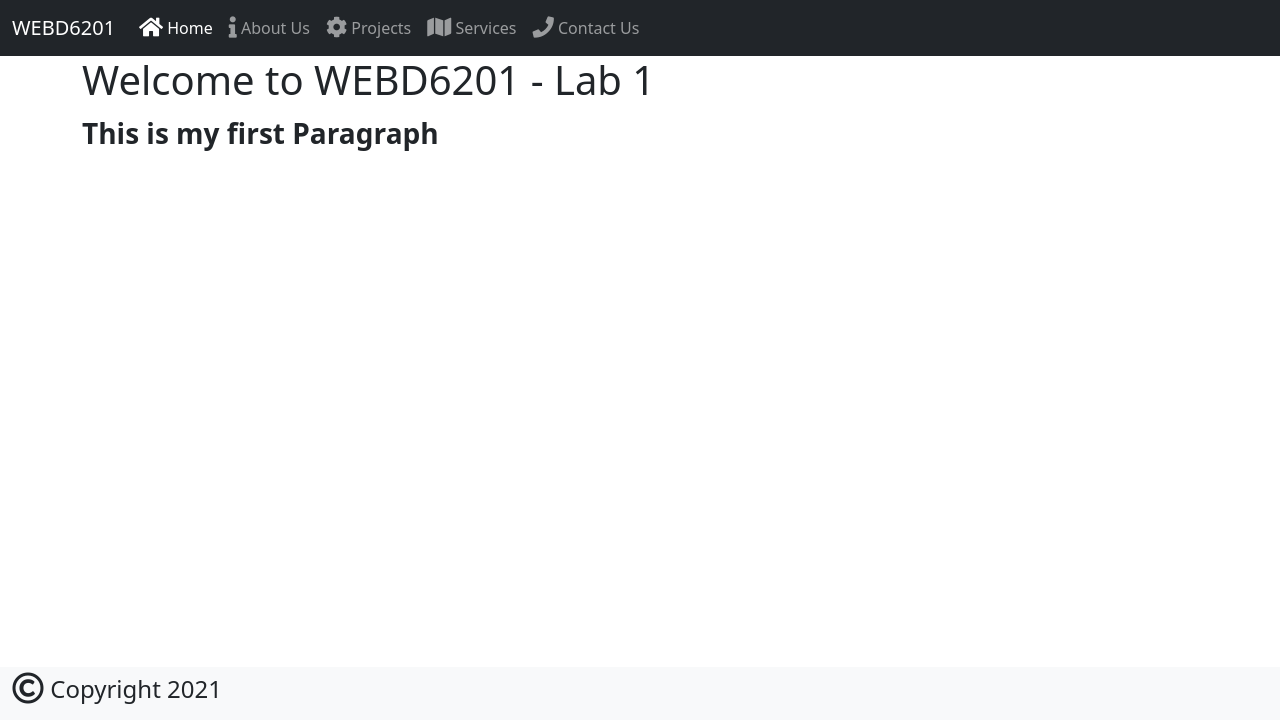
Repository: ErikHayward/WEBD6201-W2021-ICE1b
Page: projects.html
The author's editor kept a copy of each file at every save. The page is drawn from the files as they stood at one save, then again after a run of saves.
The browser window is 1280 px wide. The pictures show the whole page.

Above is the page before, as saved 2021-01-22 20:28:19.

### projects.html
<!DOCTYPE html>
<html lang="en">
<head>
    <meta charset="UTF-8">
    <meta name="viewport" content="width=device-width, initial-scale=1.0">
    <title>Home</title>
    <!-- CSS Section -->
    <link rel="stylesheet" href="./node_modules/bootstrap/dist/css/bootstrap.min.css">
    <link rel="stylesheet" href="./node_modules/@fortawesome/fontawesome-free/css/all.min.css">
    <link rel="stylesheet" href="./Content/app.css">
</head>
<body>
    <!-- Main Header -->
    <header>
        <!-- Main Nav -->
        <nav class="navbar navbar-expand-lg navbar-dark bg-dark">
            <div class="container-fluid">
              <a class="navbar-brand" href="index.html">WEBD6201</a>
              <button class="navbar-toggler" type="button" data-bs-toggle="collapse" data-bs-target="#navbarSupportedContent" aria-controls="navbarSupportedContent" aria-expanded="false" aria-label="Toggle navigation">
                <span class="navbar-toggler-icon"></span>
              </button>
              <div class="collapse navbar-collapse" id="navbarSupportedContent">
                <ul class="navbar-nav me-auto mb-2 mb-lg-0">

                  <li class="nav-item">
                    <a class="nav-link active" aria-current="page" href="index.html"><i class="fas fa-home fa-lg"></i> Home</a>
                  </li>

                  <li class="nav-item">
                    <a class="nav-link" aria-current="page" href="about.html"><i class="fas fa-info fa-lg"></i> About Us</a>
                  </li>

                  <li class="nav-item">
                    <a class="nav-link" aria-current="page" href="projects.html"><i class="fas fa-cog fa-lg"></i> Projects</a>
                  </li>

                  <li class="nav-item">
                    <a class="nav-link" aria-current="page" href="services.html"><i class="fas fa-map fa-lg"></i> Services</a>
                  </li>

                  <li class="nav-item">
                    <a class="nav-link" aria-current="page" href="contact.html"><i class="fas fa-phone fa-lg"></i> Contact Us</a>
                  </li>

                </ul>
              </div>
            </div>
          </nav>
    </header>

    <!-- Main Content -->
    <main class="container">
        <h1>Welcome to WEBD 6201</h1>
        <p id="paragraphOne"></p>
    </main>

    <!-- Main Footer -->
    <footer>
        <nav class="navbar fixed-bottom navbar-light bg-light">
            <div class="container-fluid">
              <h4><i class="far fa-copyright fa-lg"></i> Copyright 2021</h4>
            </div>
          </nav>
    </footer>

    <!-- Script Section -->
    <script src="./node_modules/jquery/dist/jquery.min.js"></script>
    <script src="./node_modules/bootstrap/dist/js/bootstrap.bundle.min.js"></script>
    <script src="./Scripts/app.js"></script>
</body>
</html>

### Content/app.css
/* Custom CSS goes here */

### Scripts/app.js
/* Custom Java Script goes here */

// IIFE - Immediately Invoked Function Expression
// AKA - Anonymous Self-Executing Function
// Closure - limits scope leak

"use strict";

(function(){

    function Start(){
        console.log("App Started...");

        let paragraphOneText = "This is a simple site to demonstrate DOM Manipulation for ICE 1";

        let paragraphOneElement = document.getElementById("paragraphOne");

        paragraphOneElement.textContent = paragraphOneText;
        paragraphOneElement.className = "fs-5";

        // Step 1. document.createElement
        let newParagraph = document.createElement("p");
        // Step 2. configure the element
        newParagraph.setAttribute("id", "paragraphTwo");
        newParagraph.textContent = "...And this is paragraph two";
        // Step 3. select the parent element
        let mainContent = document.getElementsByTagName("main")[0];
        // Step 4. Add / Insert element
        mainContent.appendChild(newParagraph);

        newParagraph.className = "fs-6";

        // another way of injecting content
        let paragraphDiv = document.createElement('div');
        let paragraphThree =`<p id="paragraphThree" class="fs-7 fw-bold">And this is the Third Paragraph</p>`
        paragraphDiv.innerHTML = paragraphThree;

        // insertions

        // example of inserting before a node
        // newParagraph.before(paragraphDiv);

        // example of inserting after a node
        newParagraph.after(paragraphDiv);

        // deletions

        // example of removing a single element
        // paragraphOneElement.remove();

        // example of removeChild
        mainContent.removeChild(paragraphOneElement);

        // update / modification
        // mainContent.firstElementChild.textContent = "Welcome Home!";

        mainContent.innerHTML =
        `<h1 id="firstHeading">Welcome to WEBD6201 - Lab 1</h1>
         <p id="paragraphOne" class="fs-3 fw-bold">This is my first Paragraph</p>
        `;

    }

    window.addEventListener("load", Start);

})();

Loaded but not shown: node_modules/bootstrap/dist/css/bootstrap.min.css (library); node_modules/@fortawesome/fontawesome-free/css/all.min.css (library); node_modules/jquery/dist/jquery.min.js (library); node_modules/bootstrap/dist/js/bootstrap.bundle.min.js (library)

After the next 2 saves:
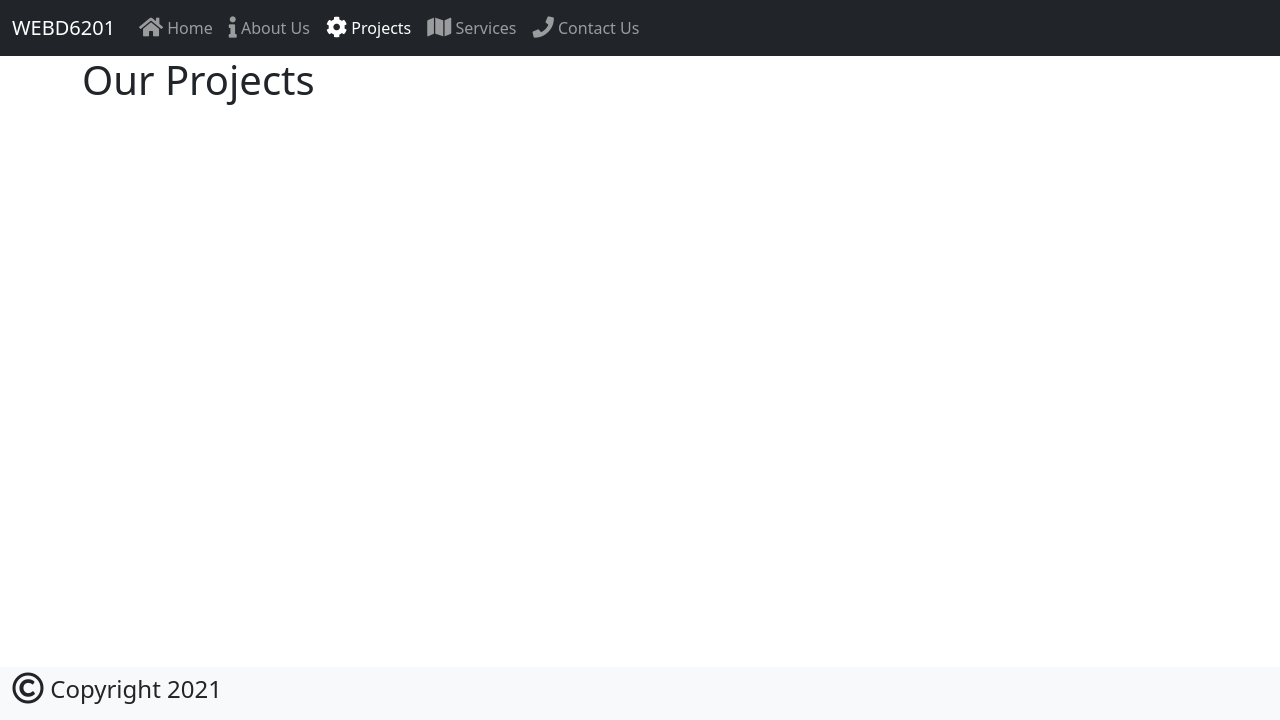
Console error: TypeError: Cannot set properties of null (setting 'textContent')
The 2 saves are shown as one change because they came seconds apart.
The last was saved 40 s later.
--- a/projects.html
+++ b/projects.html
@@ -3,7 +3,7 @@
 <head>
     <meta charset="UTF-8">
     <meta name="viewport" content="width=device-width, initial-scale=1.0">
-    <title>Home</title>
+    <title>Projects</title>
     <!-- CSS Section -->
     <link rel="stylesheet" href="./node_modules/bootstrap/dist/css/bootstrap.min.css">
     <link rel="stylesheet" href="./node_modules/@fortawesome/fontawesome-free/css/all.min.css">
@@ -23,7 +23,7 @@
                 <ul class="navbar-nav me-auto mb-2 mb-lg-0">
 
                   <li class="nav-item">
-                    <a class="nav-link active" aria-current="page" href="index.html"><i class="fas fa-home fa-lg"></i> Home</a>
+                    <a class="nav-link" aria-current="page" href="index.html"><i class="fas fa-home fa-lg"></i> Home</a>
                   </li>
 
                   <li class="nav-item">
@@ -31,7 +31,7 @@
                   </li>
 
                   <li class="nav-item">
-                    <a class="nav-link" aria-current="page" href="projects.html"><i class="fas fa-cog fa-lg"></i> Projects</a>
+                    <a class="nav-link active" aria-current="page" href="projects.html"><i class="fas fa-cog fa-lg"></i> Projects</a>
                   </li>
 
                   <li class="nav-item">
@@ -50,8 +50,7 @@
 
     <!-- Main Content -->
     <main class="container">
-        <h1>Welcome to WEBD 6201</h1>
-        <p id="paragraphOne"></p>
+        <h1>Our Projects</h1>
     </main>
 
     <!-- Main Footer -->
